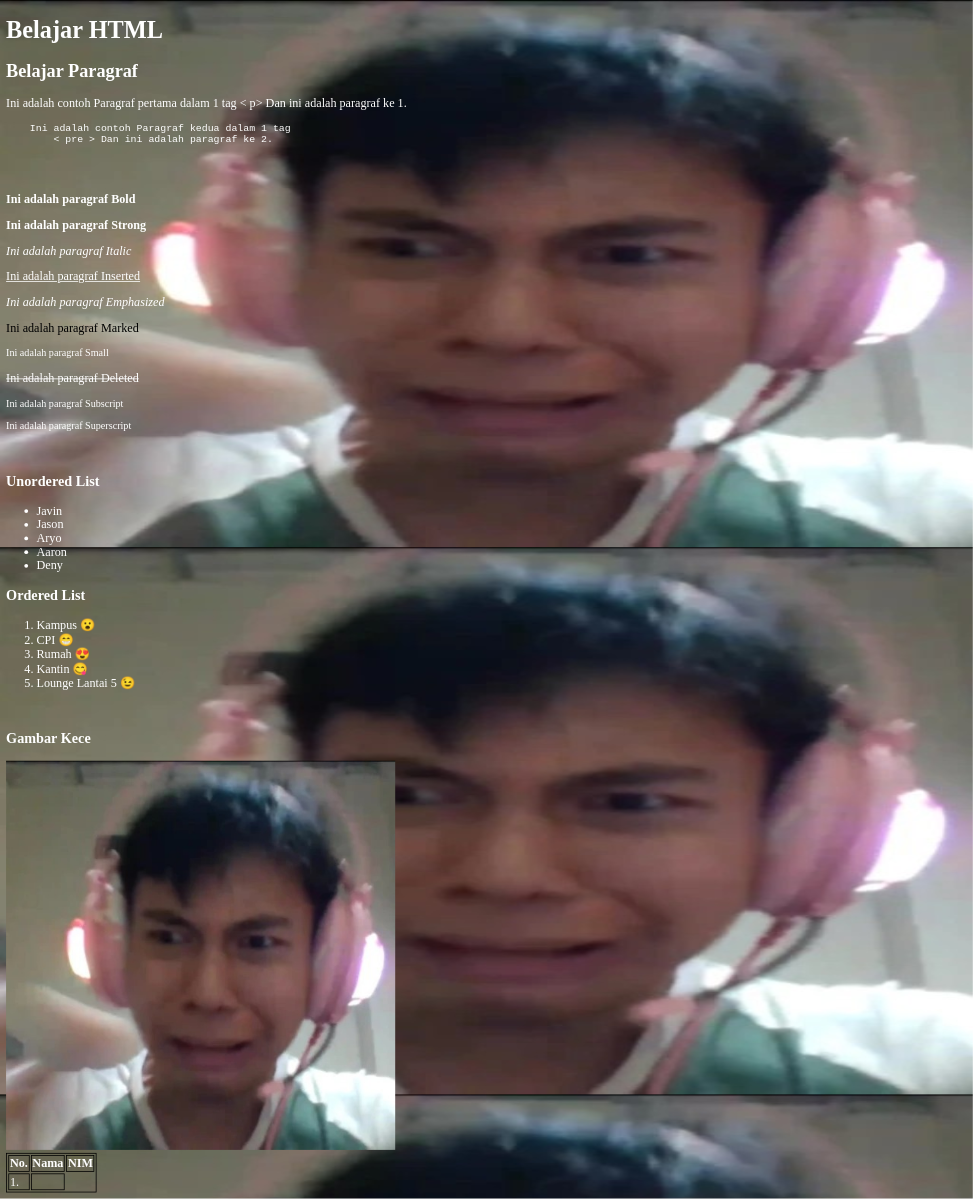
Repository: Gibekkk/WebPro
Page: Tugas HTML 1/index.html
An editor plug-in stored every save of this project. The page is shown before and after a run of saves, followed by the edit.
The browser window is 1280 px wide. The pictures show the whole page, at 76% of full size.
Backgrounds fixed to the window are drawn as part of the page.

Above is the page before, as saved 2024-03-25 10:31:11.

### Tugas HTML 1/index.html
<!DOCTYPE html>
<html lang="en">

<head>
    <meta charset="UTF-8">
    <meta name="viewport" content="width=device-width, initial-scale=1.0">
    <title>Document</title>
    <style>
        table,
        td,
        tr,
        th {
            border: 1px solid black;
        }
    </style>
</head>

<body style="background-image: url(javin.jpg); background-repeat: no-repeat; background-size: 100%; background-attachment: fixed; color: white">
    <h1>Belajar HTML</h1>
    <h2>Belajar Paragraf</h2>
    <p>Ini adalah contoh Paragraf pertama dalam 1 tag
        < p> Dan ini adalah paragraf ke 1.</p>
    <pre>
    Ini adalah contoh Paragraf kedua dalam 1 tag
        < pre > Dan ini adalah paragraf ke 2.
    </pre>
    <br>

    <b>
        <p>Ini adalah paragraf Bold</p>
    </b>
    <strong>
    <p>Ini adalah paragraf Strong</p>
    </strong>
    <i>
    <p>Ini adalah paragraf Italic</p>
    </i>
    <ins>
    <p>Ini adalah paragraf Inserted</p>
    </ins>
    <em>
    <p>Ini adalah paragraf Emphasized</p>
    </em>
    <mark>
        <p>Ini adalah paragraf Marked</p>
    </mark>
    <small>
        <p>Ini adalah paragraf Small</p>
    </small>
    <del>
        <p>Ini adalah paragraf Deleted</p>
    </del>
    <sub>
        <p>Ini adalah paragraf Subscript</p>
    </sub>
    <sup>
        <p>Ini adalah paragraf Superscript</p>
    </sup>
    <br>

    <h3>Unordered List</h3>
    <ul>
        <li>Javin</li>
        <li>Jason</li>
        <li>Aryo</li>
        <li>Aaron</li>
        <li>Deny</li>
    </ul>

    <h3>Ordered List</h3>
    <ol>
        <li>Kampus 😮</li>
        <li>CPI 😁</li>
        <li>Rumah 😍</li>
        <li>Kantin 😋</li>
        <li>Lounge Lantai 5 😉</li>
    </ol>
    <br>
    <h3>Gambar Kece</h3>
    <img src="javin.jpg" alt="Javin" title="Javin">
    <br>
    <table>
        <tr>
            <th>No.</th>
            <th>Nama</th>
            <th>NIM</th>
        </tr>
        <tr>
            <td>1.</td>
            <td></td>
        </tr>
    </table>
</body>

</html>

After the next 2 saves:
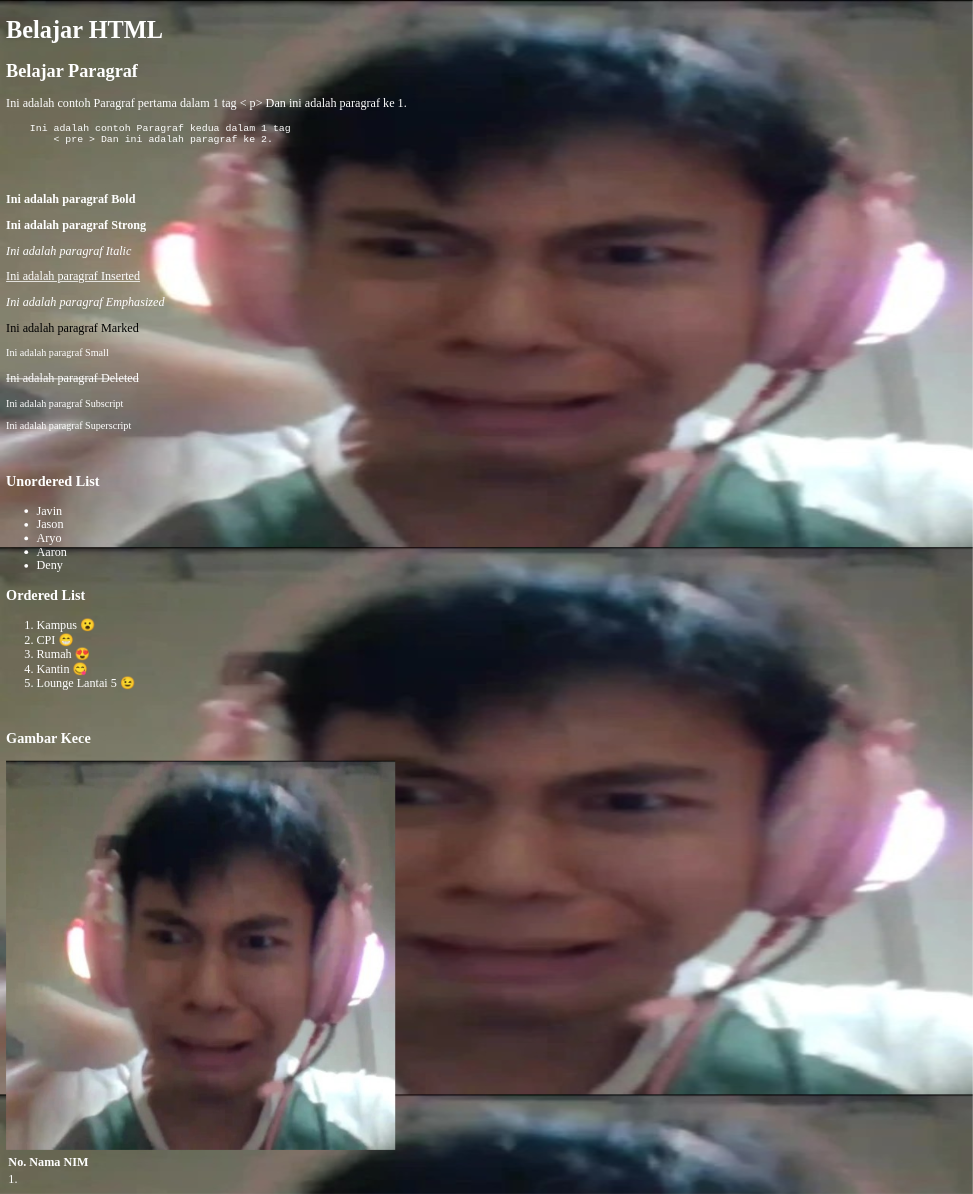
The 2 saves are shown as one change because they came seconds apart.
The last was saved 9 s later.
--- a/Tugas HTML 1/index.html
+++ b/Tugas HTML 1/index.html
@@ -10,7 +10,7 @@
         td,
         tr,
         th {
-            border: 1px solid black;
+            border: 1px black;
         }
     </style>
 </head>

After the 3 saves that followed:
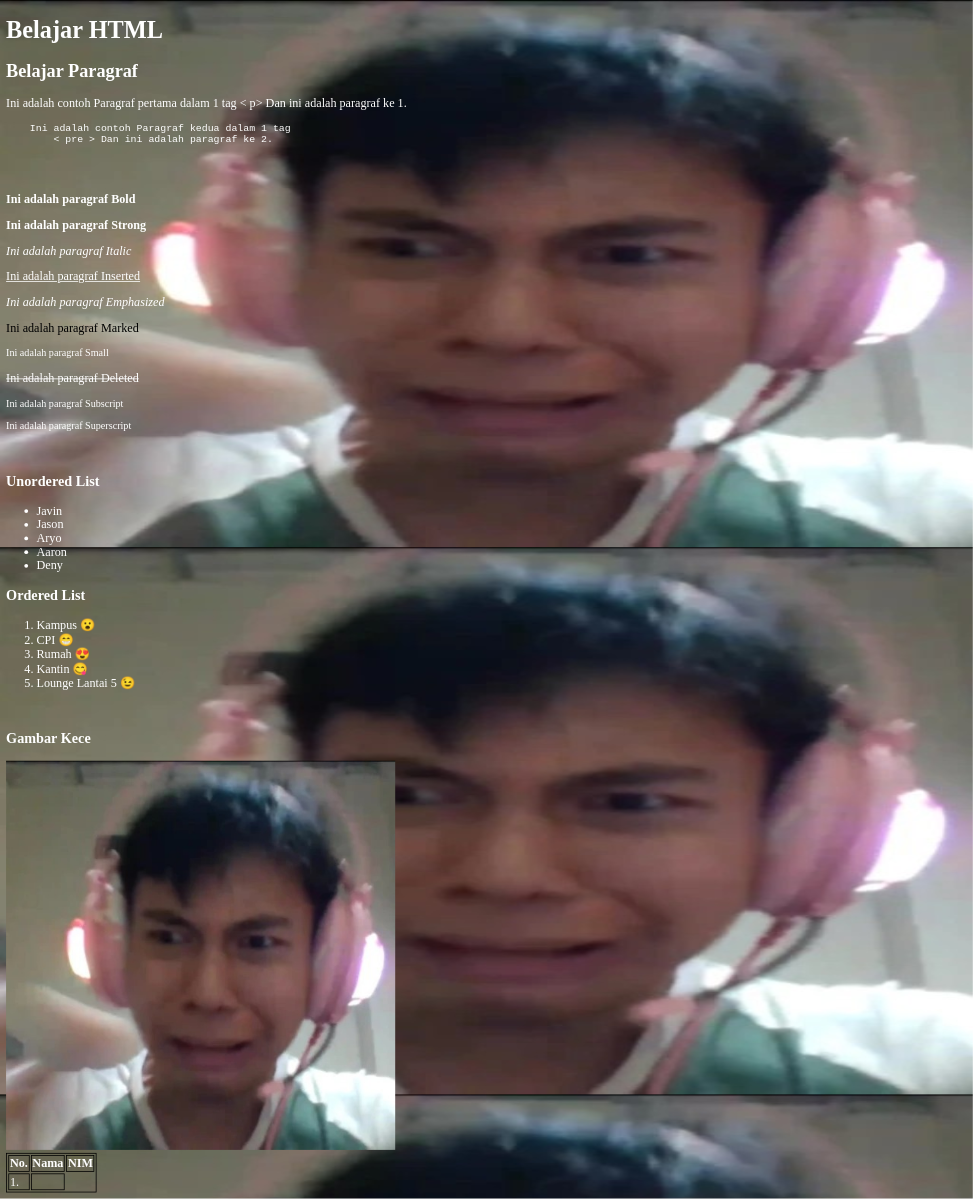
The 3 saves are shown as one change because 2 left the picture as it was.
The last was saved 16 s later.
--- a/Tugas HTML 1/index.html
+++ b/Tugas HTML 1/index.html
@@ -10,7 +10,7 @@
         td,
         tr,
         th {
-            border: 1px black;
+            border: 1px solid black;
         }
     </style>
 </head>
